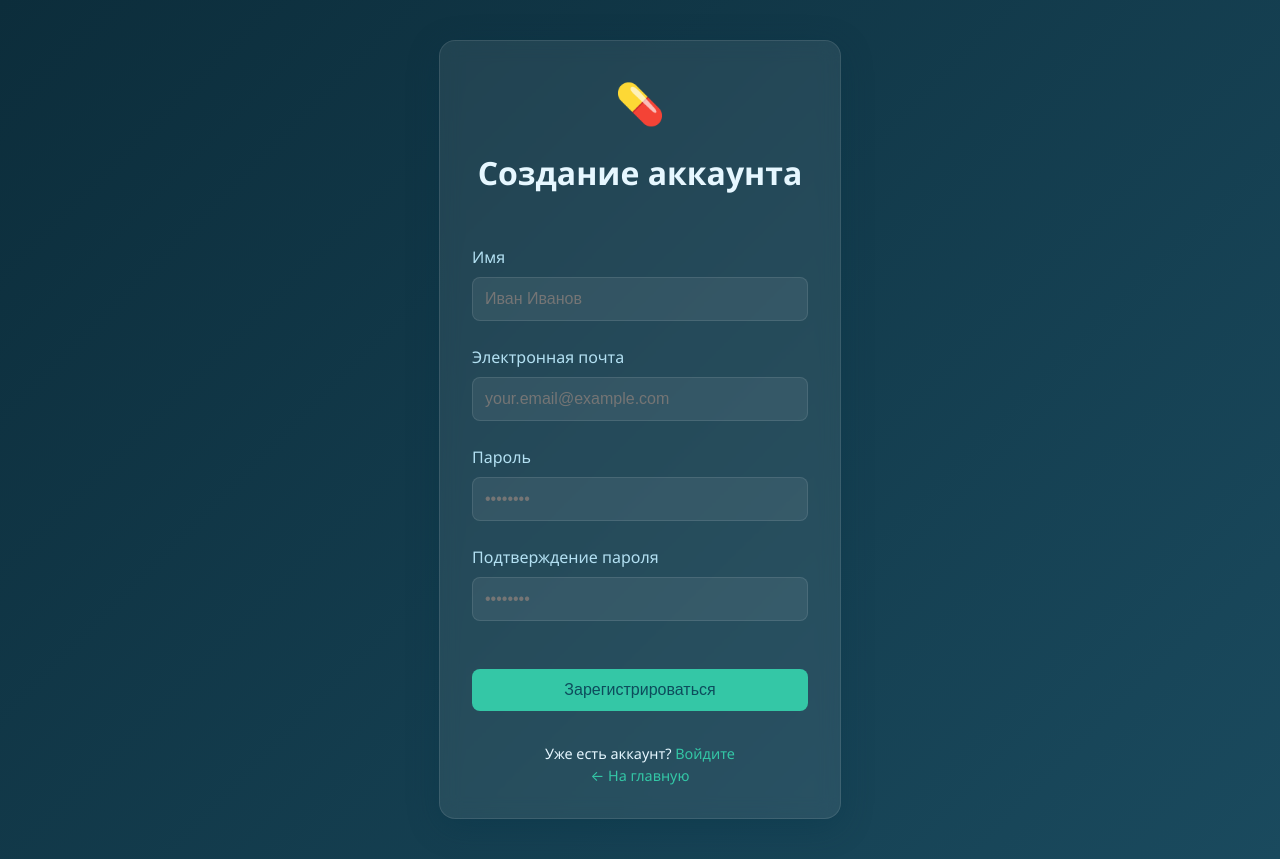
Repository: dichubchenko/web_pills_app
Page: register.html
The author's editor kept a copy of each file at every save. The page is drawn from the files as they stood at one save, then again after the next save.
The browser window is 1280 px wide. The pictures show the whole page.

Above is the page before, as saved 2025-12-17 00:50:07.

### register.html
<!DOCTYPE html>
<html lang="ru">
<head>
    <meta charset="UTF-8">
    <meta name="viewport" content="width=device-width, initial-scale=1.0">
    <title>Медицинский дневник | Регистрация</title>
    <link rel="stylesheet" href="css/style.css">
    <link rel="icon" type="image/x-icon" href="data:[embedded picture, 141 characters]">
</head>
<body>
    <main class="app-container app-register-container">
        <div class="app-glass-card">
            <header class="app-login-header">
                <div class="app-logo">💊</div>
                <h1 class="app-page-title">Создание аккаунта</h1>
            </header>

            <form class="app-login-form">
                <div class="app-form-group">
                    <label for="register-name" class="app-form-label">Имя</label>
                    <input type="text" id="register-name" class="app-form-input" placeholder="Иван Иванов" required>
                </div>

                <div class="app-form-group">
                    <label for="register-email" class="app-form-label">Электронная почта</label>
                    <input type="email" id="register-email" class="app-form-input" placeholder="your.email@example.com" required>
                </div>

                <div class="app-form-group">
                    <label for="register-password" class="app-form-label">Пароль</label>
                    <input type="password" id="register-password" class="app-form-input" placeholder="••••••••" required>
                </div>

                <div class="app-form-group">
                    <label for="register-password-confirm" class="app-form-label">Подтверждение пароля</label>
                    <input type="password" id="register-password-confirm" class="app-form-input" placeholder="••••••••" required>
                </div>

                <button type="submit" class="app-button app-button--accent">Зарегистрироваться</button>
            </form>

            <footer class="app-login-footer">
                <p>Уже есть аккаунт? <a href="login.html">Войдите</a></p>
                <p><a href="index.html">← На главную</a></p>
            </footer>
        </div>
    </main>
</body>
</html>

### css/style.css
/* ===== CSS Variables (Design Tokens) ===== */
:root {
  /* Цветовая палитра - холодные сине-зеленые тона */
  --color-primary: #1a6b8a;
  --color-primary-light: #2d9cb3;
  --color-secondary: #0d4c5c;
  --color-accent: #34c7a6;
  --color-text: #e6f7ff;
  --color-text-secondary: #b3e0f2;
  --color-background: linear-gradient(135deg, #0c2d3b 0%, #1a4a5e 100%);
  --color-surface: rgba(255, 255, 255, 0.08);
  --color-surface-hover: rgba(255, 255, 255, 0.15);
  --color-border: rgba(255, 255, 255, 0.1);

  /* Эффект стекла */
  --glass-blur: blur(10px);
  --glass-border: 1px solid var(--color-border);

  /* Тени */
  --shadow: 0 8px 32px rgba(0, 50, 70, 0.3);
  --shadow-strong: 0 12px 40px rgba(0, 40, 60, 0.5);

  /* Размеры и отступы */
  --border-radius: 16px;
  --border-radius-small: 8px;
  --spacing-xs: 0.5rem;
  --spacing-sm: 1rem;
  --spacing-md: 1.5rem;
  --spacing-lg: 2rem;
  --spacing-xl: 3rem;

  /* Максимальная ширина контейнера */
  --container-max-width: 1200px;
}

/* ===== Base Styles ===== */
* {
  margin: 0;
  padding: 0;
  box-sizing: border-box;
}

body {
  font-family: 'Segoe UI', system-ui, -apple-system, sans-serif;
  background: var(--color-background);
  color: var(--color-text);
  min-height: 100vh;
  line-height: 1.5;
  padding: var(--spacing-sm);
  display: flex;
  flex-direction: column;
  align-items: center;
  justify-content: center;
}

a {
  color: var(--color-accent);
  text-decoration: none;
  transition: color 0.2s ease;
}

a:hover,
a:focus {
  color: var(--color-text);
  text-decoration: underline;
  outline: none;
}

/* ===== Utility Classes ===== */
.app-container {
  width: 100%;
  max-width: var(--container-max-width);
  margin: 0 auto;
  padding: var(--spacing-md);
}

.app-glass-card {
  background: var(--color-surface);
  backdrop-filter: var(--glass-blur);
  border: var(--glass-border);
  border-radius: var(--border-radius);
  box-shadow: var(--shadow);
  padding: var(--spacing-lg);
}

/* ===== Компоненты для всех экранов ===== */

/* Заголовки */
.app-page-title {
  font-size: 2rem;
  margin-bottom: var(--spacing-lg);
  text-align: center;
  color: var(--color-text);
  font-weight: 600;
}

.app-section-title {
  font-size: 1.25rem;
  margin-bottom: var(--spacing-md);
  color: var(--color-text-secondary);
  border-bottom: 1px solid var(--color-border);
  padding-bottom: var(--spacing-xs);
}

/* Кнопки */
.app-button {
  display: inline-flex;
  align-items: center;
  justify-content: center;
  padding: 0.75rem 1.5rem;
  background: var(--color-primary);
  color: white;
  border: none;
  border-radius: var(--border-radius-small);
  font-size: 1rem;
  font-weight: 500;
  cursor: pointer;
  transition: all 0.3s ease;
  width: 100%;
}

.app-button:hover,
.app-button:focus {
  background: var(--color-primary-light);
  transform: translateY(-2px);
  box-shadow: var(--shadow-strong);
  outline: 2px solid var(--color-accent);
  outline-offset: 2px;
}

.app-button--accent {
  background: var(--color-accent);
  color: var(--color-secondary);
}

.app-button--accent:hover,
.app-button--accent:focus {
  background: #4cd4b2;
}

.app-button--circle {
  width: 60px;
  height: 60px;
  border-radius: 50%;
  padding: 0;
  font-size: 1.8rem;
}

/* Формы */
.app-form-group {
  margin-bottom: var(--spacing-md);
}

.app-form-label {
  display: block;
  margin-bottom: var(--spacing-xs);
  font-weight: 500;
  color: var(--color-text-secondary);
}

.app-form-input,
.app-form-select {
  width: 100%;
  padding: 0.75rem;
  background: rgba(255, 255, 255, 0.07);
  border: 1px solid var(--color-border);
  border-radius: var(--border-radius-small);
  color: var(--color-text);
  font-size: 1rem;
  transition: border 0.3s ease;
}

.app-form-input:hover,
.app-form-select:hover {
  border-color: var(--color-primary-light);
}

.app-form-input:focus,
.app-form-select:focus {
  border-color: var(--color-accent);
  outline: none;
  box-shadow: 0 0 0 3px rgba(52, 199, 166, 0.2);
}

.app-form-options {
  display: flex;
  gap: var(--spacing-sm);
  margin-top: var(--spacing-xs);
}

.app-form-option {
  flex: 1;
}

.app-form-radio {
  display: none;
}

.app-form-radio-label {
  display: block;
  padding: var(--spacing-sm);
  background: rgba(255, 255, 255, 0.05);
  border: 2px solid transparent;
  border-radius: var(--border-radius-small);
  text-align: center;
  cursor: pointer;
  transition: all 0.3s ease;
}

.app-form-radio:checked + .app-form-radio-label {
  background: rgba(52, 199, 166, 0.2);
  border-color: var(--color-accent);
  color: var(--color-accent);
}

.app-form-radio-label:hover {
  background: rgba(255, 255, 255, 0.1);
}

/* ===== Стили для экрана Login ===== */
.app-login-container {
  max-width: 400px;
  width: 100%;
}

.app-login-header {
  text-align: center;
  margin-bottom: var(--spacing-xl);
}

.app-logo {
  font-size: 2.5rem;
  margin-bottom: var(--spacing-sm);
  color: var(--color-accent);
}

.app-login-form .app-button {
  margin-top: var(--spacing-md);
}

.app-login-footer {
  text-align: center;
  margin-top: var(--spacing-lg);
  font-size: 0.9rem;
}

/* ===== Стили для экрана Register ===== */
.app-register-container {
  max-width: 450px;
  width: 100%;
}

/* ===== Стили для главного экрана (Diary) ===== */

/* Шапка с датой */
.app-diary-header {
  display: flex;
  justify-content: space-between;
  align-items: center;
  margin-bottom: var(--spacing-lg);
  flex-wrap: wrap;
  gap: var(--spacing-md);
}

.app-date-current {
  font-size: 1.5rem;
  font-weight: 600;
  color: var(--color-accent);
}

/* Слайдер с датами */
.app-date-slider-container {
  position: relative;
  margin-bottom: var(--spacing-xl);
}

.app-date-slider {
  display: flex;
  align-items: center;
  justify-content: center;
  gap: var(--spacing-sm);
}

.app-date-slider-btn {
  background: var(--color-surface);
  border: var(--glass-border);
  color: var(--color-text);
  border-radius: var(--border-radius-small);
  width: 40px;
  height: 40px;
  font-size: 1.2rem;
  cursor: pointer;
  transition: all 0.3s ease;
  flex-shrink: 0;
}

.app-date-slider-btn:hover,
.app-date-slider-btn:focus {
  background: var(--color-surface-hover);
  outline: 2px solid var(--color-accent);
  outline-offset: 2px;
}

.app-date-list {
  display: flex;
  gap: var(--spacing-sm);
  overflow-x: auto;
  padding: var(--spacing-sm) 0;
  scrollbar-width: thin;
  scrollbar-color: var(--color-primary-light) transparent;
}

.app-date-item {
  flex-shrink: 0;
  width: 60px;
  height: 60px;
  display: flex;
  flex-direction: column;
  align-items: center;
  justify-content: center;
  background: var(--color-surface);
  border-radius: var(--border-radius-small);
  border: 2px solid transparent;
  cursor: pointer;
  transition: all 0.3s ease;
}

.app-date-item:hover {
  background: var(--color-surface-hover);
  transform: translateY(-4px);
}

.app-date-item--active {
  border-color: var(--color-accent);
  background: rgba(52, 199, 166, 0.1);
  color: var(--color-accent);
}

.app-date-weekday {
  font-size: 0.75rem;
  opacity: 0.8;
}

.app-date-day {
  font-size: 1.25rem;
  font-weight: 600;
}

/* Секции с лекарствами */
.app-medication-section {
  margin-bottom: var(--spacing-xl);
}

.app-medication-list {
  display: flex;
  flex-direction: column;
  gap: var(--spacing-xs);
}

.app-medication-item {
  display: flex;
  align-items: center;
  padding: var(--spacing-sm);
  background: var(--color-surface);
  border-radius: var(--border-radius-small);
  border-left: 4px solid var(--color-primary);
  transition: all 0.3s ease;
  cursor: pointer;
}

.app-medication-item:hover {
  background: var(--color-surface-hover);
  transform: translateX(4px);
}

.app-medication-item--taken {
  opacity: 0.7;
  border-left-color: var(--color-accent);
}

.app-medication-checkbox {
  margin-right: var(--spacing-sm);
  width: 20px;
  height: 20px;
  cursor: pointer;
}

.app-medication-info {
  flex: 1;
}

.app-medication-name {
  font-weight: 500;
  margin-bottom: 2px;
}

.app-medication-time {
  font-size: 0.85rem;
  color: var(--color-text-secondary);
}

.app-medication-item--taken .app-medication-name,
.app-medication-item--taken .app-medication-time {
  text-decoration: line-through;
}

/* Кнопка добавления и выпадающее меню */
.app-add-button-container {
  position: fixed;
  bottom: var(--spacing-lg);
  right: var(--spacing-lg);
  z-index: 100;
}

.app-add-button {
  background: var(--color-accent);
  color: var(--color-secondary);
  box-shadow: var(--shadow-strong);
}

.app-add-button:hover,
.app-add-button:focus {
  background: #4cd4b2;
  transform: scale(1.1);
}

.app-dropdown-menu {
  position: absolute;
  bottom: 70px;
  right: 0;
  background: var(--color-surface);
  backdrop-filter: var(--glass-blur);
  border: var(--glass-border);
  border-radius: var(--border-radius);
  box-shadow: var(--shadow-strong);
  min-width: 200px;
  padding: var(--spacing-sm) 0;
  opacity: 0;
  visibility: hidden;
  transform: translateY(10px);
  transition: all 0.3s ease;
}

.app-dropdown-menu--visible {
  opacity: 1;
  visibility: visible;
  transform: translateY(0);
}

.app-dropdown-item {
  display: block;
  padding: var(--spacing-sm) var(--spacing-md);
  color: var(--color-text);
  transition: background 0.2s ease;
}

.app-dropdown-item:hover,
.app-dropdown-item:focus {
  background: var(--color-surface-hover);
  color: var(--color-accent);
}

/* ===== Стили для экрана добавления лекарства ===== */
.app-add-medication-container {
  max-width: 500px;
  width: 100%;
}

.app-frequency-options {
  display: grid;
  grid-template-columns: repeat(auto-fit, minmax(120px, 1fr));
  gap: var(--spacing-sm);
}

.app-form-actions {
  display: flex;
  gap: var(--spacing-sm);
  margin-top: var(--spacing-xl);
}

.app-form-actions .app-button {
  flex: 1;
}

/* ===== Адаптивность ===== */
@media (max-width: 768px) {
  .app-page-title {
    font-size: 1.5rem;
  }

  .app-date-slider {
    flex-wrap: wrap;
  }

  .app-date-list {
    order: 3;
    width: 100%;
    margin-top: var(--spacing-sm);
  }

  .app-date-slider-btn {
    order: 1;
  }

  .app-date-current {
    order: 2;
    flex: 1;
    text-align: center;
  }

  .app-add-button-container {
    bottom: var(--spacing-md);
    right: var(--spacing-md);
  }

  .app-diary-header {
    flex-direction: column;
    align-items: stretch;
  }

  .app-date-current {
    text-align: center;
  }
}

@media (max-width: 480px) {
  :root {
    --spacing-md: 1rem;
    --spacing-lg: 1.5rem;
  }

  body {
    padding: 0.5rem;
  }

  .app-container {
    padding: var(--spacing-sm);
  }

  .app-glass-card {
    padding: var(--spacing-md);
  }

  .app-date-item {
    width: 50px;
    height: 50px;
  }

  .app-date-day {
    font-size: 1rem;
  }

  .app-button--circle {
    width: 50px;
    height: 50px;
    font-size: 1.5rem;
  }
}

After the next save:
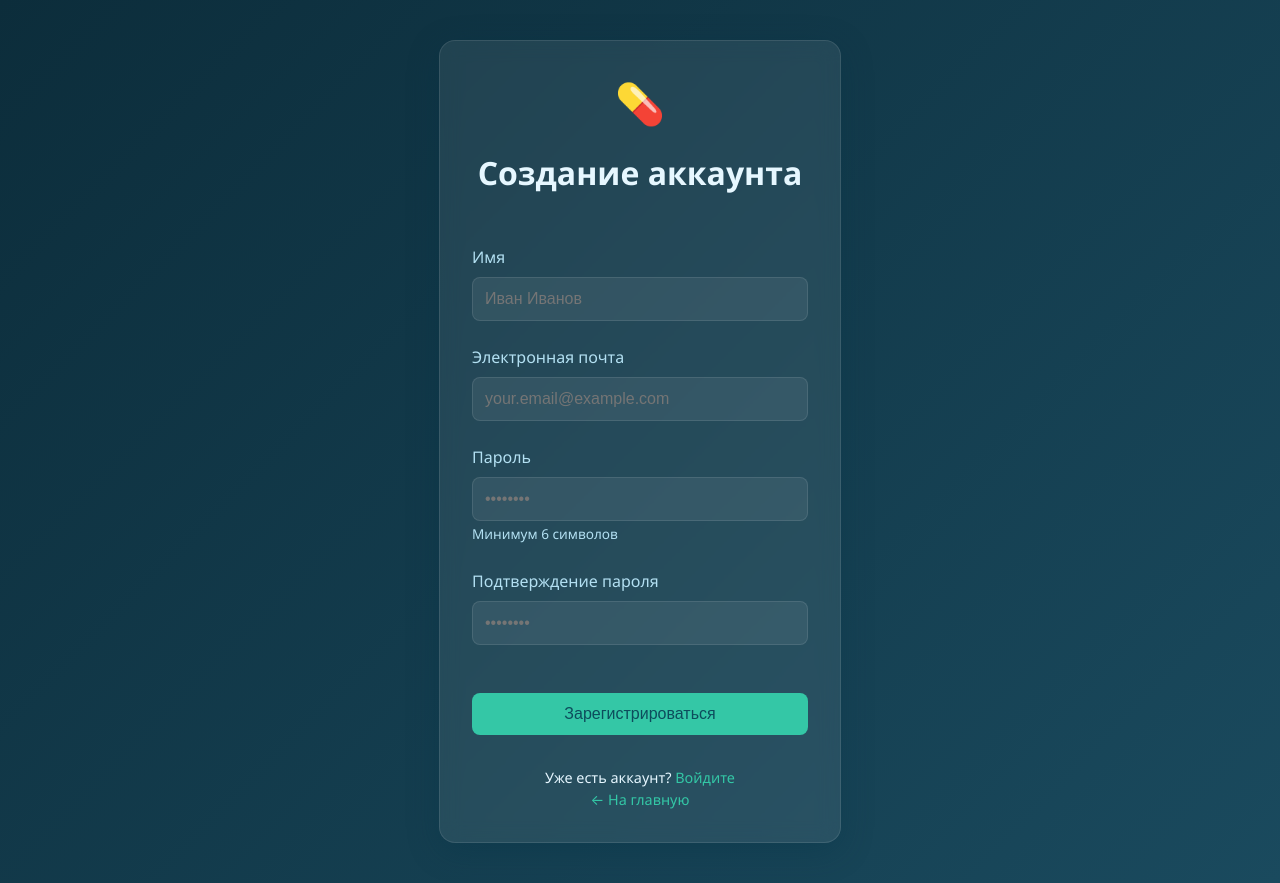
Not found: js/auth.js
Saved 22 s later.
--- a/register.html
+++ b/register.html
@@ -15,7 +15,7 @@
                 <h1 class="app-page-title">Создание аккаунта</h1>
             </header>
 
-            <form class="app-login-form">
+            <form id="registerForm" class="app-login-form">
                 <div class="app-form-group">
                     <label for="register-name" class="app-form-label">Имя</label>
                     <input type="text" id="register-name" class="app-form-input" placeholder="Иван Иванов" required>
@@ -29,12 +29,15 @@
                 <div class="app-form-group">
                     <label for="register-password" class="app-form-label">Пароль</label>
                     <input type="password" id="register-password" class="app-form-input" placeholder="••••••••" required>
+                    <small style="color: var(--color-text-secondary); font-size: 0.85rem;">Минимум 6 символов</small>
                 </div>
 
                 <div class="app-form-group">
                     <label for="register-password-confirm" class="app-form-label">Подтверждение пароля</label>
                     <input type="password" id="register-password-confirm" class="app-form-input" placeholder="••••••••" required>
                 </div>
+
+                <div id="registerError" class="app-error-message" style="display: none; color: #ff6b6b; margin-bottom: var(--spacing-md);"></div>
 
                 <button type="submit" class="app-button app-button--accent">Зарегистрироваться</button>
             </form>
@@ -45,5 +48,10 @@
             </footer>
         </div>
     </main>
+
+    <script type="module">
+        import { initRegister } from './js/auth.js';
+        initRegister();
+    </script>
 </body>
 </html>
